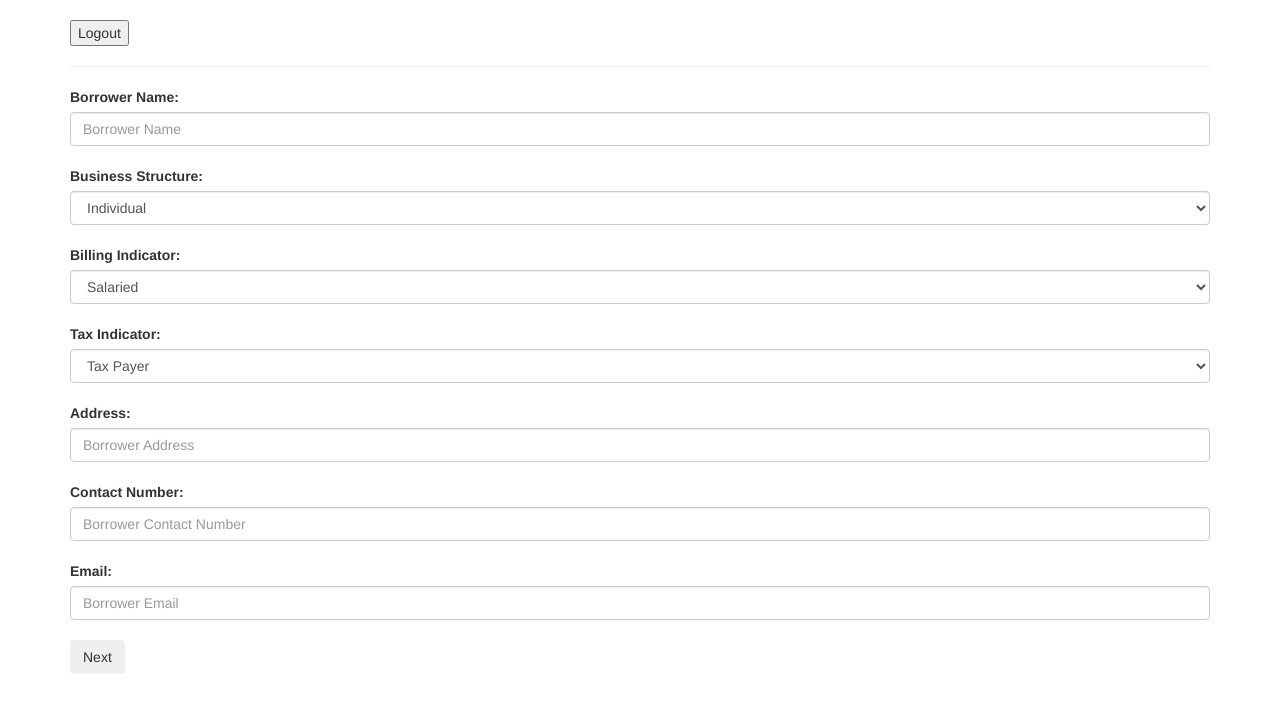
Repository: Bayvao/E-Loan-Project
Page: http://localhost/E-Loan-Project/WEB-INF/views/borrower-details-form.jsp
These files come from the project's save history. The page is drawn as it stood at one moment and after a run of saves; the edit follows.
The browser window is 1280 px wide. The pictures show the whole page.
The page is served by Tomcat 9. Nobody is signed in. Other server files are loaded and not shown. The template is opened directly, without the code that normally fills it, so the values that code supplies are empty.

Above is the page before, as saved 2020-07-20 12:36:25.

### E-Loan-Project/src/main/webapp/WEB-INF/views/borrower-details-form.jsp
<%@ taglib prefix="form" uri="http://www.springframework.org/tags/form"%>
<%@ taglib prefix="security"
	uri="http://www.springframework.org/security/tags"%>
<%@ taglib prefix="c" uri="http://java.sun.com/jsp/jstl/core"%>

<!DOCTYPE html>
<html lang="en">
<head>
<title>Borrower Details</title>
<meta charset="utf-8">
<meta name="viewport" content="width=device-width, initial-scale=1">
<link rel="stylesheet"
	href="https://maxcdn.bootstrapcdn.com/bootstrap/3.4.1/css/bootstrap.min.css">
<script
	src="https://ajax.googleapis.com/ajax/libs/jquery/3.5.1/jquery.min.js"></script>
<script
	src="https://maxcdn.bootstrapcdn.com/bootstrap/3.4.1/js/bootstrap.min.js"></script>

<style>
.error {
	color: red;
}
</style>
</head>
<body>
	<div class="container">
	 <br/>

		<!-- Add a logout button -->
		<form:form action="${pageContext.request.contextPath}/logout"
			method="POST">

			<input type="submit" value="Logout" />

		</form:form>

		<!-- display user name and role -->

		<p>

			<security:authorize access="isAuthenticated()">
        User: <security:authentication property="principal.username" />
        Role(s): <security:authentication
					property="principal.authorities" />
			</security:authorize>
		</p>

		<hr>

		<form:form
			action="${pageContext.request.contextPath}/loan/processBorrower"
			modelAttribute="loanBorrower">

			<div>
				<label>Borrower Name: </label>

				<form:input path="bName" placeholder="Borrower Name"
					class="form-control" />
				<form:errors path="bName" cssClass="error" />
			</div>
			<br>
			<div>
				<label>Business Structure: </label>
				<form:select path="bStructure" class="form-control">
					<form:option value="Individual">Individual</form:option>
					<form:option value="Organizational">Organizational</form:option>

				</form:select>
			</div>
			<br>
			<div>
				<label>Billing Indicator: </label>
				<form:select path="bIndicator" class="form-control">
					<form:option value="Salaried">Salaried</form:option>
					<form:option value="Non-Salaried">Non-Salaried</form:option>

				</form:select>
			</div>
			<br>
			<div>
				<label>Tax Indicator: </label>
				<form:select path="tIndicator" class="form-control">
					<form:option value="Tax Payer">Tax Payer</form:option>
					<form:option value="Not Tax Payer">Non Tax Payer</form:option>

				</form:select>
			</div>
			<br>
			<div>
				<label>Address: </label>
				<form:input path="bAddress" placeholder="Borrower Address"
					class="form-control" />
				<form:errors path="bAddress" cssClass="error" />
			</div>
			<br>
			<div>
				<label>Contact Number: </label>
				<form:input path="bContactNo" placeholder="Borrower Contact Number"
					class="form-control" />
				<form:errors path="bContactNo" cssClass="error" />
			</div>
			<br>
			<div>
				<label>Email: </label>
				<form:input path="bEmail" placeholder="Borrower Email"
					class="form-control" />
				<form:errors path="bEmail" cssClass="error" />
			</div>
			<br>
			<div>
				<button type="submit" class="btn btn-blue text-center">Next</button>
			</div>
		</form:form>
	</div>

</body>
</html>

After the next 2 saves:
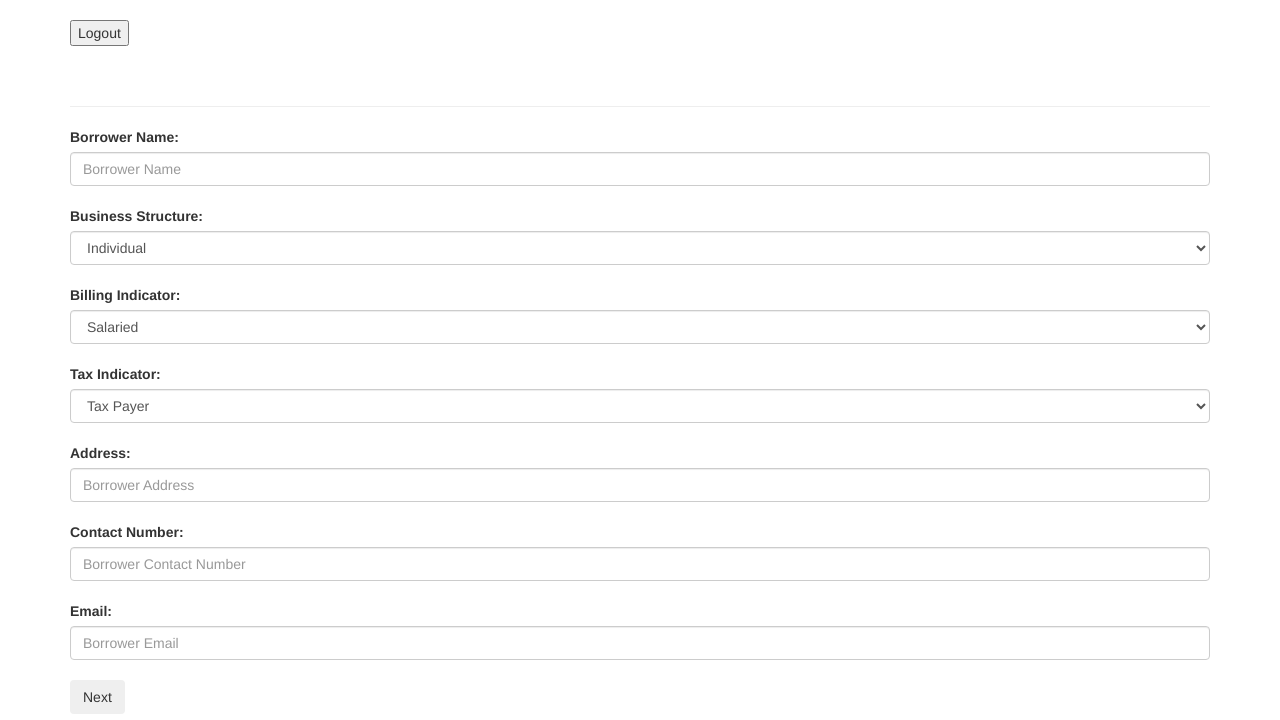
The 2 saves are shown as one change because they came seconds apart.
The last was saved 11 s later.
--- a/E-Loan-Project/src/main/webapp/WEB-INF/views/borrower-details-form.jsp
+++ b/E-Loan-Project/src/main/webapp/WEB-INF/views/borrower-details-form.jsp
@@ -24,7 +24,7 @@
 </head>
 <body>
 	<div class="container">
-	 <br/>
+		<br />
 
 		<!-- Add a logout button -->
 		<form:form action="${pageContext.request.contextPath}/logout"
@@ -35,7 +35,7 @@
 		</form:form>
 
 		<!-- display user name and role -->
-
+		<br /> <br />
 		<p>
 
 			<security:authorize access="isAuthenticated()">
